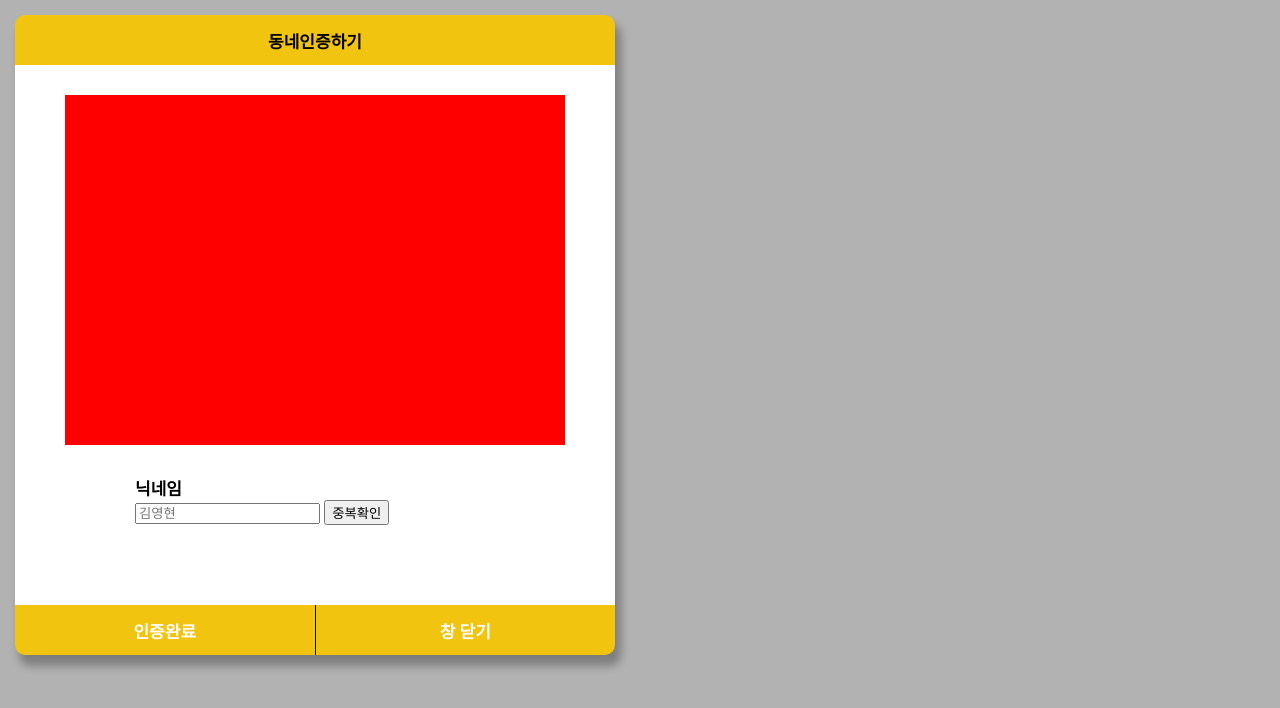
Repository: Corn-Market/Front-end
Page: http://localhost/CornMarket/resources/views/popup_profile_mytown.jsp
The author's editor kept a copy of each file at every save. The page is drawn from the files as they stood at one save, then again after the next save.
The browser window is 1280 px wide. The pictures show the whole page.
The page is served by Tomcat 9.

Above is the page before, as saved 2022-12-19 06:16:40.

After the next save:
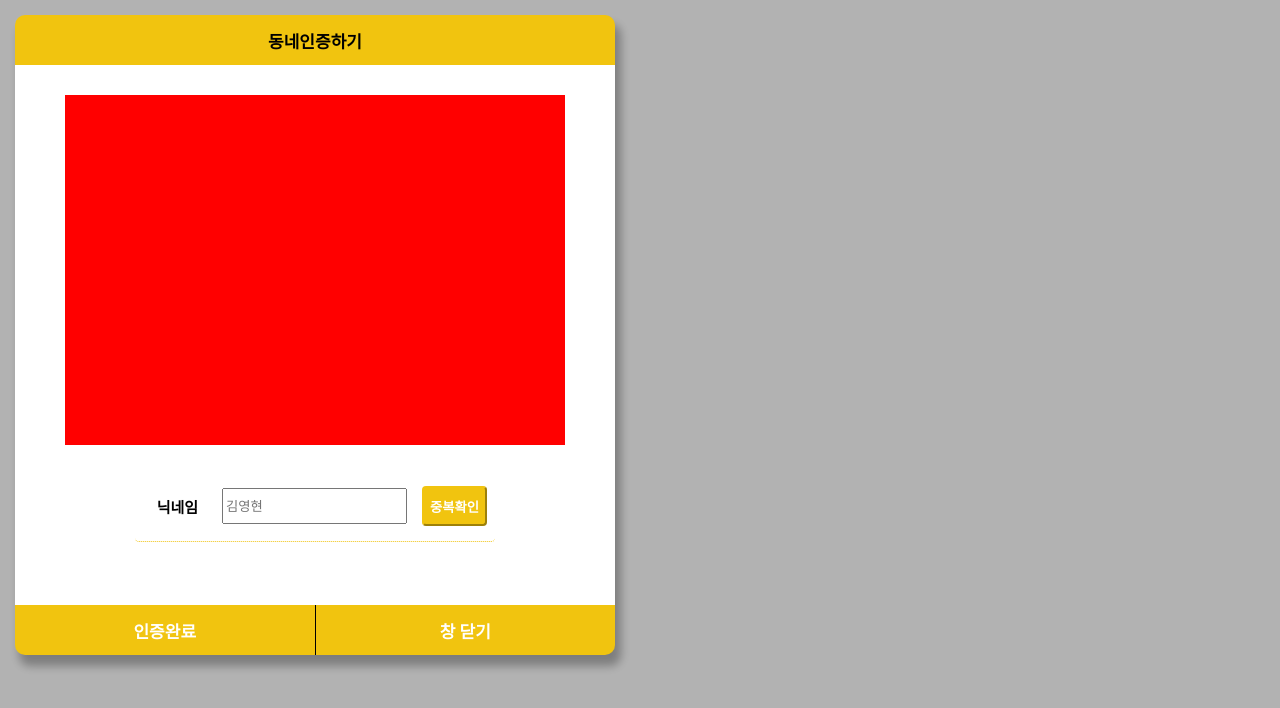
Saved 35 s later.
--- a/CornMarket/src/main/webapp/resources/views/popup_profile_mytown.jsp
+++ b/CornMarket/src/main/webapp/resources/views/popup_profile_mytown.jsp
@@ -8,6 +8,7 @@
 <meta charset="EUC-KR">
 <title>Insert title here</title>
 <link rel="stylesheet" href="${path}/resources/css/popup_update.css"/>
+<link rel="stylesheet" href="${path}/resources/css/profile_update.css"/>
 <script src="https://ajax.googleapis.com/ajax/libs/jquery/3.5.1/jquery.min.js"></script><script src="https://ajax.googleapis.com/ajax/libs/jquery/3.5.1/jquery.min.js"></script>
 </head>
 <body>
@@ -23,10 +24,10 @@
                 </div>
                 <div class="body-contentbox">
                 	<div class="up_main">
-                <div class="up_title">닉네임</div>
-                <input type="text" placeholder="김영현" class="update_nickname">
-                <input type="button" value="중복확인" class="double_check">
-            </div>
+                		<div class="up_title">닉네임</div>
+               			<input type="text" placeholder="김영현" class="update_nickname">
+                		<input type="button" value="중복확인" class="double_check">
+           			 </div>
                 </div>
               </div>
             </div>
